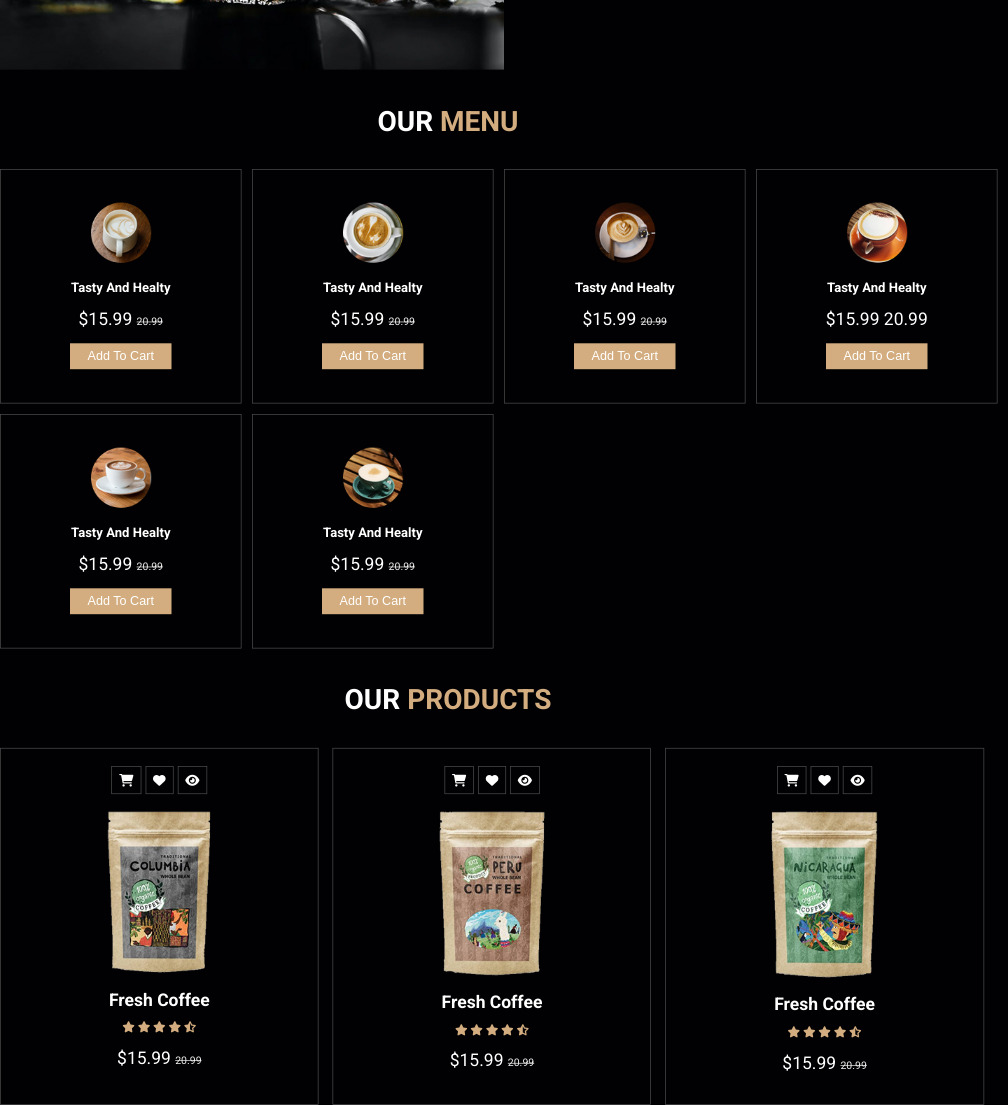
Repository: Dinhthai303/DinhThai
Page: index.html
An editor plug-in stored every save of this project. The page is shown before and after the next save, followed by the edit.
The browser window is 1280 px wide. The page is 1440 px wide, so the pictures cover 1440 px, including what lies to the right of the window. The pictures show the part of the page from y = 1499 to 3219 px (the page is 3077 px tall before and 3219 px after), at 70% of full size.

Above is the page before, as saved 2021-11-28 01:05:54.

After the next save:
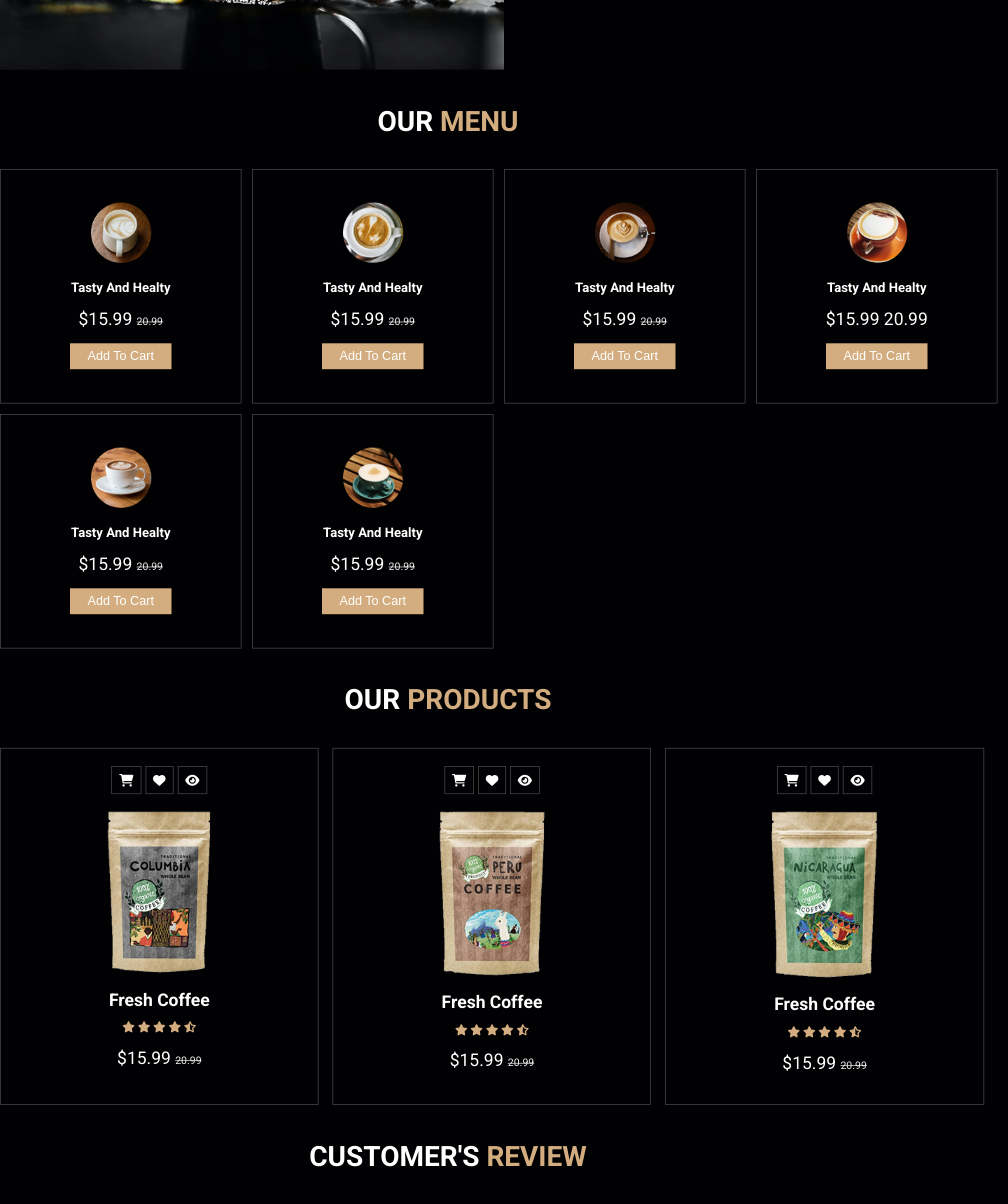
Saved 2 min 59 s later.
--- a/index.html
+++ b/index.html
@@ -198,7 +198,9 @@
             </div>
         </div>
     </section>
-    <section class="review"></section>
+    <section class="review">
+        <h2 class="heading"><span>CUSTOMER'S</span> REVIEW</h2>
+    </section>
     <section class="contact"></section>
     <section class="blog"></section>
     <footer class="footer"></footer>
